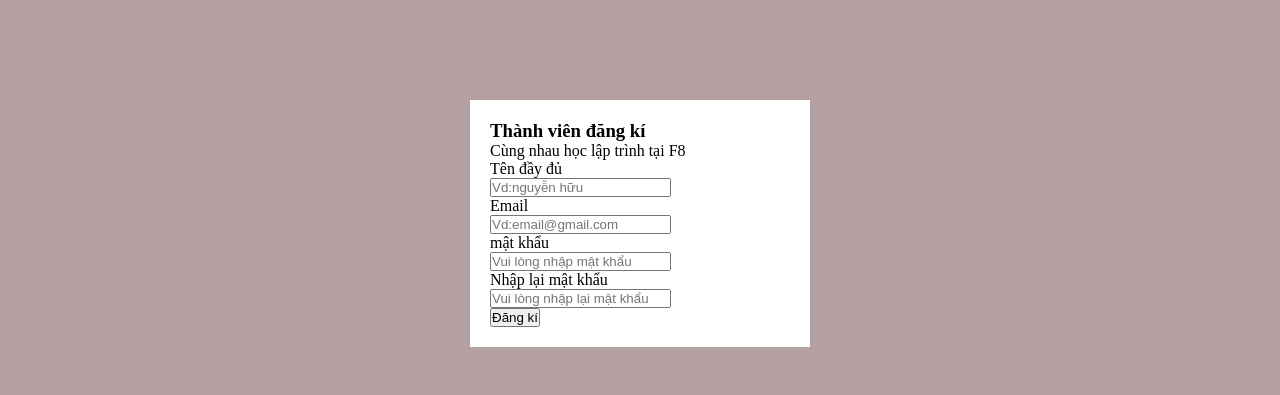
Repository: HuunvDev/Validator
Page: index.html
These files come from the project's save history. The page is drawn as it stood at one moment and after the next save; the edit follows.
The browser window is 1280 px wide. The pictures show the whole page.

Above is the page before, as saved 2022-08-20 09:16:35.

After the next save:
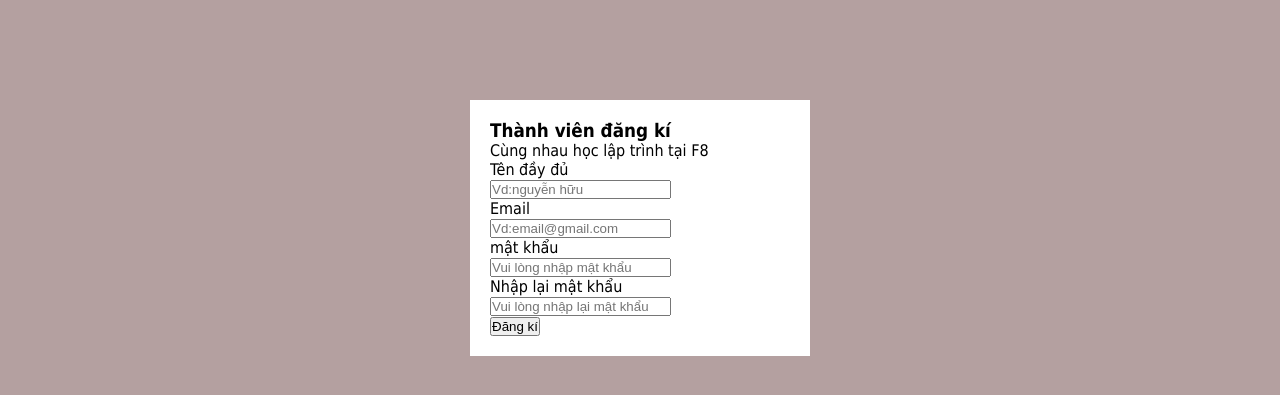
Saved 68 s later.
--- a/style.css
+++ b/style.css
@@ -14,4 +14,5 @@ body{
     margin-top: 100px;
     padding: 20px;
     background-color: #fff;
+    font-family: tahoma;
 }
